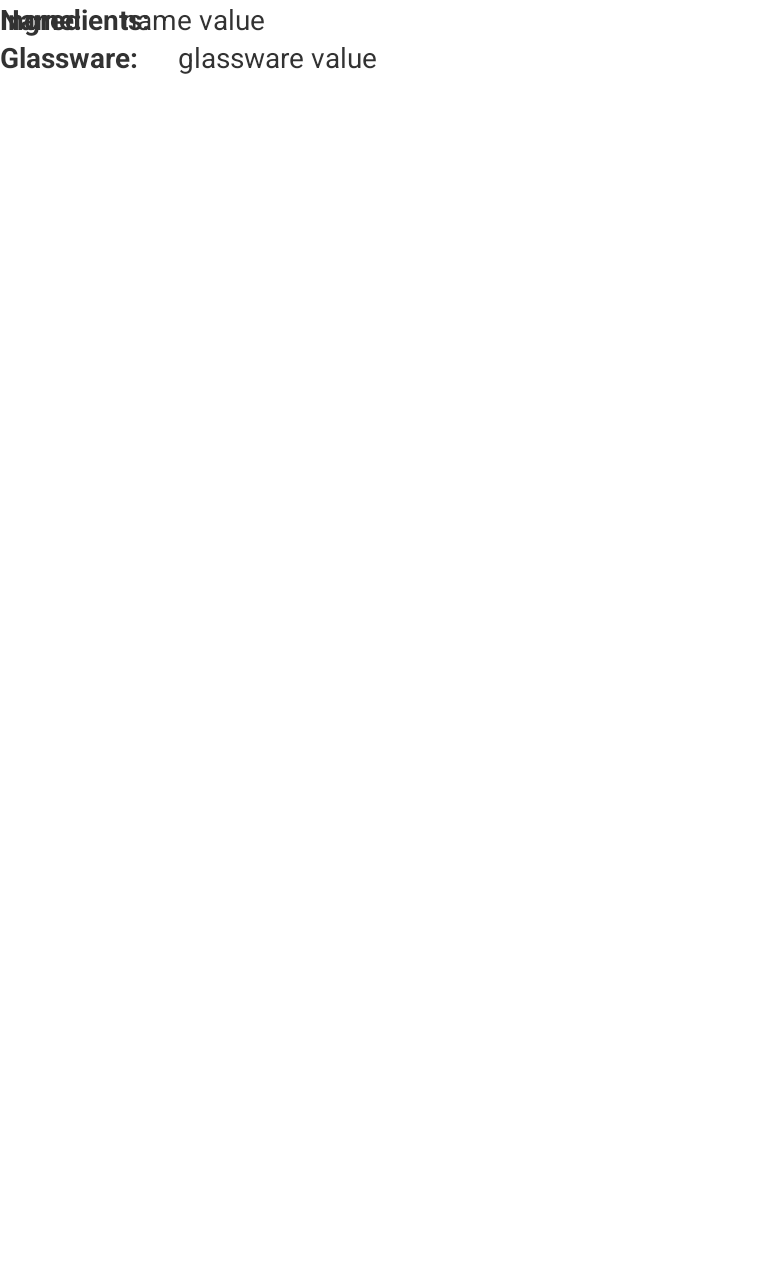
Repository: cubsk/Drinky
Layout: workspace/Drinky/res/layout/activity_recipe_view.xml
An editor plug-in stored every save of this project. The layout is shown before and after the next save, followed by the edit.
It is drawn on a 768 x 1280 px phone screen (xhdpi) without system bars, with theme AppTheme; the app's code is not run. Lists and similar views that code fills are empty.

Above is the layout before, as saved 2013-07-15 19:55:49.

### workspace/Drinky/res/layout/activity_recipe_view.xml
<RelativeLayout xmlns:android="http://schemas.android.com/apk/res/android"
    android:layout_width="fill_parent"
    android:layout_height="fill_parent"
    android:layout_margin="10dp" xmlns:android1="http://schemas.android.com/apk/res/android">

    	<TextView
        android:id="@+id/nameLabel"
        android:layout_width="wrap_content"
        android:layout_height="wrap_content"
        android:text="@string/recipe_view_name_label"
        android:paddingRight="20dp"
        android:textStyle="bold"
        />

        <TextView
        android:id="@+id/nameValue"
        android:layout_toRightOf="@id/nameLabel"
        android:layout_width="wrap_content"
        android:layout_height="wrap_content"
        android:text="name value"
         />

        <TextView
        android:id="@+id/glasswareLabel"
        android:layout_below="@id/nameValue"
        android:layout_width="wrap_content"
        android:layout_height="wrap_content"
        android:text="@string/recipe_view_glassware_label"
        android:paddingRight="20dp"
        android:textStyle="bold"
        />

        <TextView
        android:id="@+id/glasswareValue"
        android:layout_toRightOf="@id/glasswareLabel"
        android:layout_alignTop="@id/glasswareLabel"
        android:layout_width="wrap_content"
        android:layout_height="wrap_content"
        android:text="glassware value"
         />

        <TextView
        android:id="@+id/ingredientsLabel"
        android:layout_below="@id/ingredientsLabel"
        android:layout_width="wrap_content"
        android:layout_height="wrap_content"
        android:text="@string/recipe_view_ingredients_label"
        android:paddingRight="20dp"
        android:textStyle="bold"
        />

		<ListView
		    android:id="@+id/ingredientList"
		    android:layout_width="fill_parent"
		    android:layout_height="fill_parent"
		    android:layout_below="@id/ingredientsLabel" />

</RelativeLayout>

### workspace/Drinky/res/values/strings.xml
<?xml version="1.0" encoding="utf-8"?>
<resources>

    <string name="app_name">Drinky</string>
    <string name="action_settings">Settings</string>
    <string name="hello_world">Hello world!</string>
    <string name="filter_recipes_hint">filter recipes</string>
    <string name="button_send">Send a message</string>
    <string name="title_activity_display_message">The Message</string>
    <string name="title_activity_recipe_list">Recipes</string>
    <string name="title_activity_recipe_list_favorit_icon">Recipe favorite status</string>
    <string name="recipe_filter_command_text">Filter</string>
    <string name="title_activity_recipe_view">RecipeViewActivity</string>


    <string name="recipe_view_name_label">Name:</string>
	<string name="recipe_view_glassware_label">Glassware:</string>
	<string name="recipe_view_ingredients_label">Ingredients:</string>

</resources>

Loaded but not shown: workspace/Drinky/res/values/styles.xml (common file); workspace/Drinky/res/values-v11/styles.xml (common file); workspace/Drinky/res/values-v14/styles.xml (common file)

After the next save:
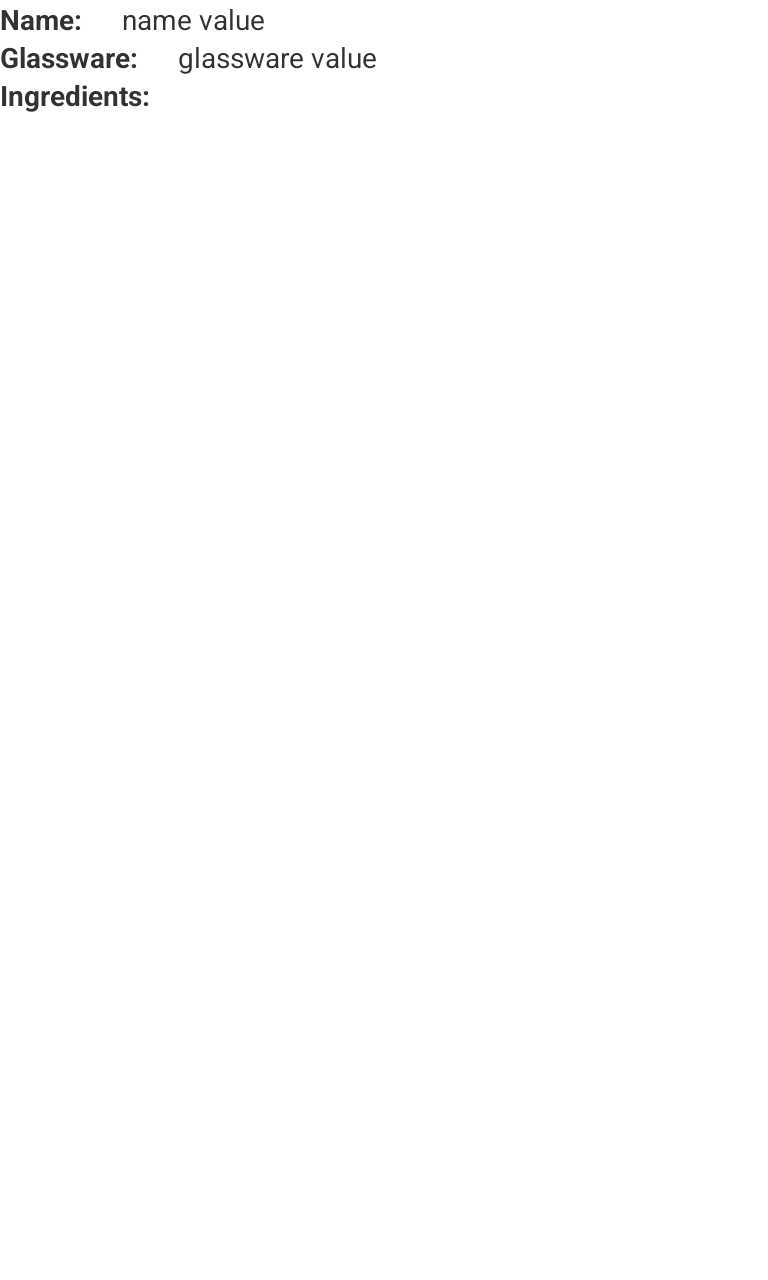
Saved 39 s later.
--- a/workspace/Drinky/res/layout/activity_recipe_view.xml
+++ b/workspace/Drinky/res/layout/activity_recipe_view.xml
@@ -41,7 +41,7 @@
 
         <TextView
         android:id="@+id/ingredientsLabel"
-        android:layout_below="@id/ingredientsLabel"
+        android:layout_below="@id/glasswareLabel"
         android:layout_width="wrap_content"
         android:layout_height="wrap_content"
         android:text="@string/recipe_view_ingredients_label"
